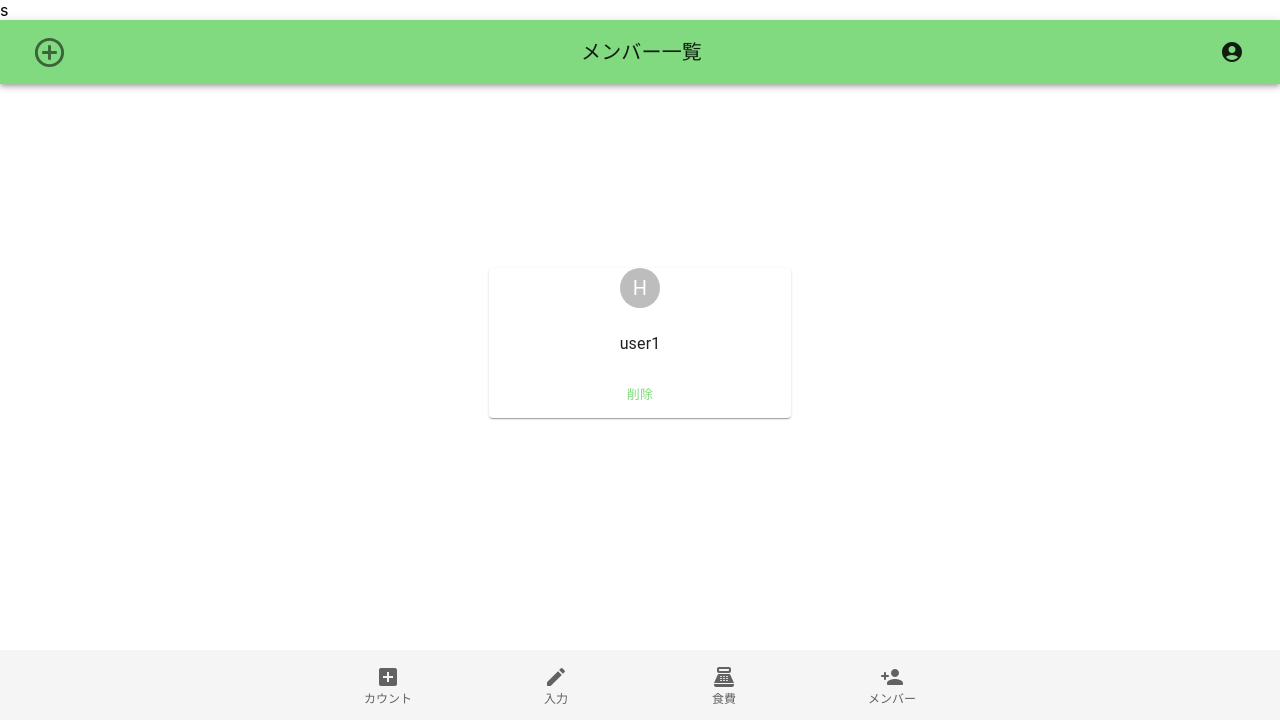
Repository: motohiro0410/motsufood
Page: /users (app in frontend/)
The author's editor kept a copy of each file at every save. The page is drawn from the files as they stood at one save, then again after the next save.
The browser window is 1280 px wide. The pictures show the whole page.
The page's requests for data from a server got no answer. The project was rebuilt for these pictures with package versions that can differ from the ones it lists, and the page was loaded fresh each time. No one was signed in, and anything a server would have sent is missing. Also part of the build but not shown: frontend/src/App.css, frontend/src/components/pages/Login.tsx, frontend/src/components/organisms/MainHeader.tsx, frontend/src/components/pages/Count.tsx, frontend/src/components/pages/Money.tsx, frontend/src/components/organisms/SignInHeader.tsx, frontend/src/components/pages/SignIn.tsx, frontend/src/components/pages/Page404.tsx and 1 more.

Above is the page before, as saved 2022-08-13 21:24:26.

After the next save:
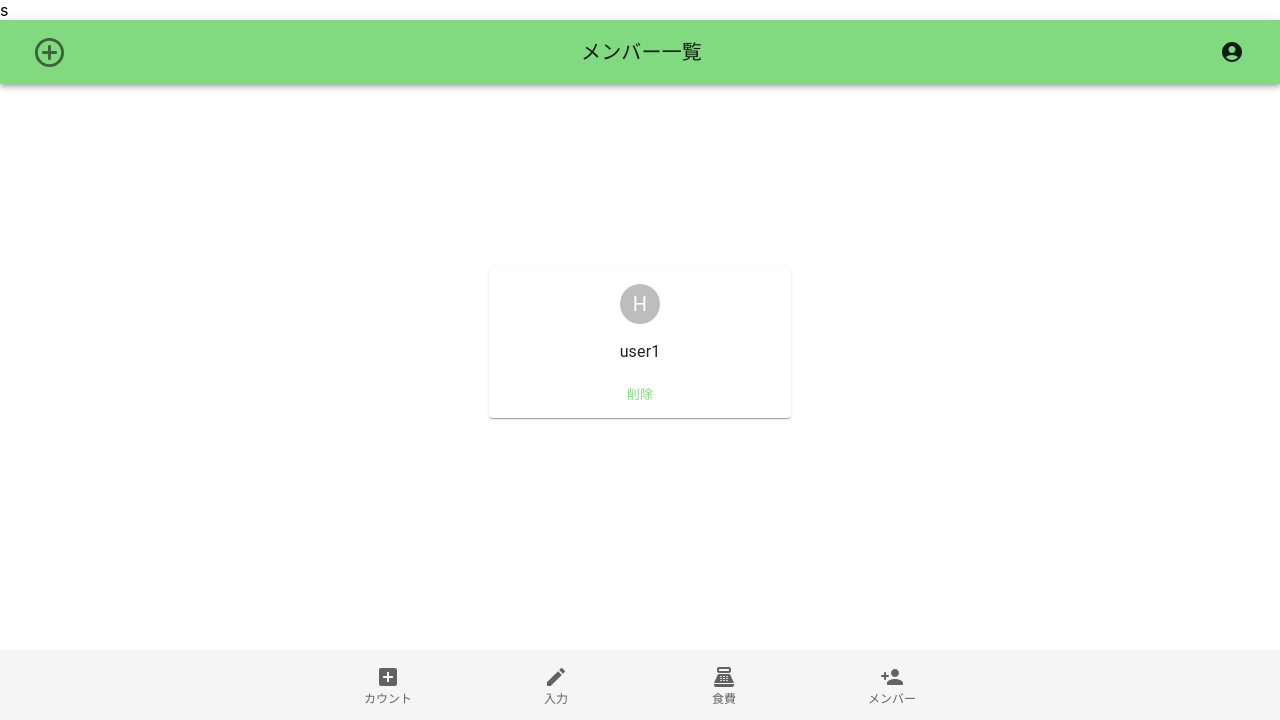
Saved 15 s later.
--- a/frontend/src/components/pages/Users.tsx
+++ b/frontend/src/components/pages/Users.tsx
@@ -25,7 +25,7 @@ export const Users: FC = memo(() => {
         <Grid container justifyContent="center" spacing={3} sx={{ mt: 20 }} wrap="wrap" >
             <Grid item xs={3} sm={3}>
               <Card sx={{ height: 150 }}>
-                <Stack alignItems="center" direction="column" spacing={1}>
+                <Stack alignItems="center" direction="column">
                   <Avatar sx={{mt: 2}}>H</Avatar>
                   <CardContent>
                     <Typography>
